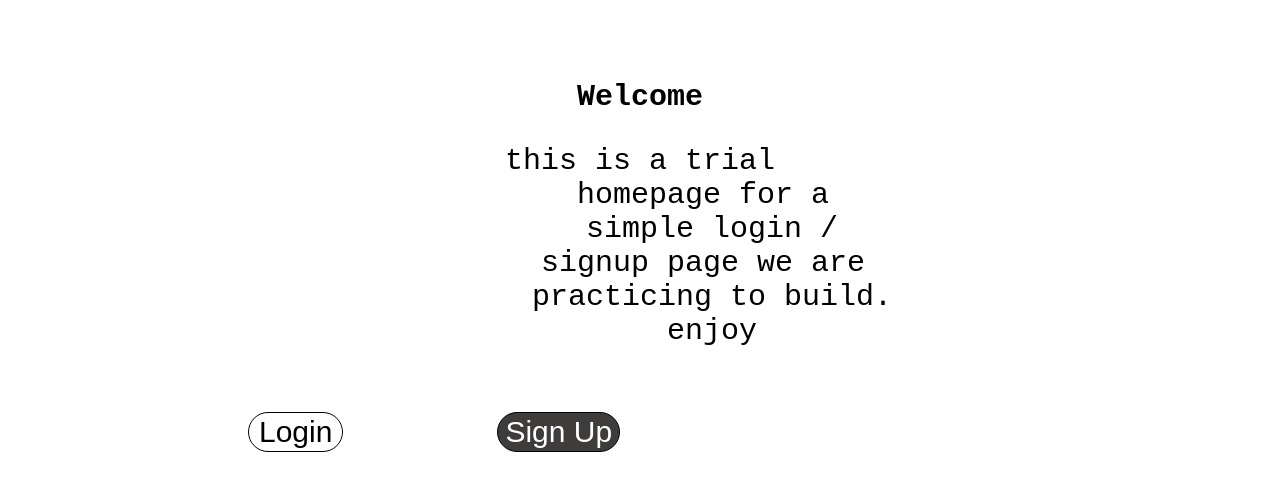
Repository: yhung004/TUTORIAL_PAGE
Page: home.html
The author's editor kept a copy of each file at every save. The page is drawn from the files as they stood at one save, then again after the next save.
The browser window is 1280 px wide. The pictures show the whole page.

Above is the page before, as saved 2024-04-10 01:55:34.

### home.html
<!DOCTYPE html>
<html lang="en">
<head>
    <meta charset="UTF-8">
    <meta name="viewport" content="width=device-width, initial-scale=1.0">
    <title>Document</title>
    <link rel="stylesheet" href="main.css">
</head>
<body>
    <h3 class="welcome">Welcome</h3>
    <pre class="welcome_text">this is a trial
        homepage for a
        simple login /
        signup page we are
        practicing to build.
        enjoy
    </pre>
    <button class="button_a">
       <a href="#" class="button_a1">Login</a>
    </button>
    <button class="button_b">
        <a href="#" class="button_b1">Sign Up</a>
    </button>
</body>
</html>

### main.css
.welcome{
    text-align: center;
    font-family: 'Courier New', Courier, monospace;
    font-size: 30px;
    margin-top: 80px;
}
.welcome_text {
    text-align:center;
    font-family: 'Courier New', Courier, monospace;
    font-size: 30px;
}
.button_a {
    position: relative;
    margin: 0 -200px 0 240px;
    border: 1px solid black;
    background-color:white;
    border-radius: 20px;
    font-size: 30px;
    padding: 2px 10px 2px 10px;
}
.button_b {
    position: relative;
    margin: 0 -300px 0 350px;
    border : 1px solid black;
    border-radius: 20px;
    background-color: rgb(63, 60, 60);
    color:white;
    font-size: 30px;
    padding: 2px 7px 2px 7px;
}
a.button_b1 {
    text-decoration: none;
    color:white;
}
a.button_a1 {
    text-decoration:none;
    color:black;
}

After the next save:
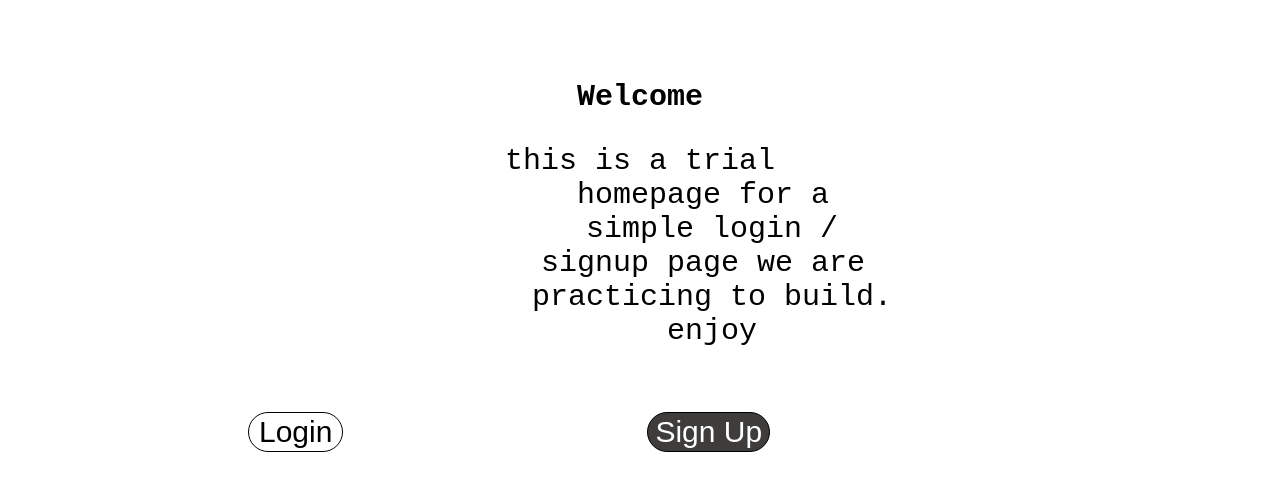
Saved 13 s later.
--- a/main.css
+++ b/main.css
@@ -20,7 +20,7 @@
 }
 .button_b {
     position: relative;
-    margin: 0 -300px 0 350px;
+    margin: 0 -450px 0 500px;
     border : 1px solid black;
     border-radius: 20px;
     background-color: rgb(63, 60, 60);
